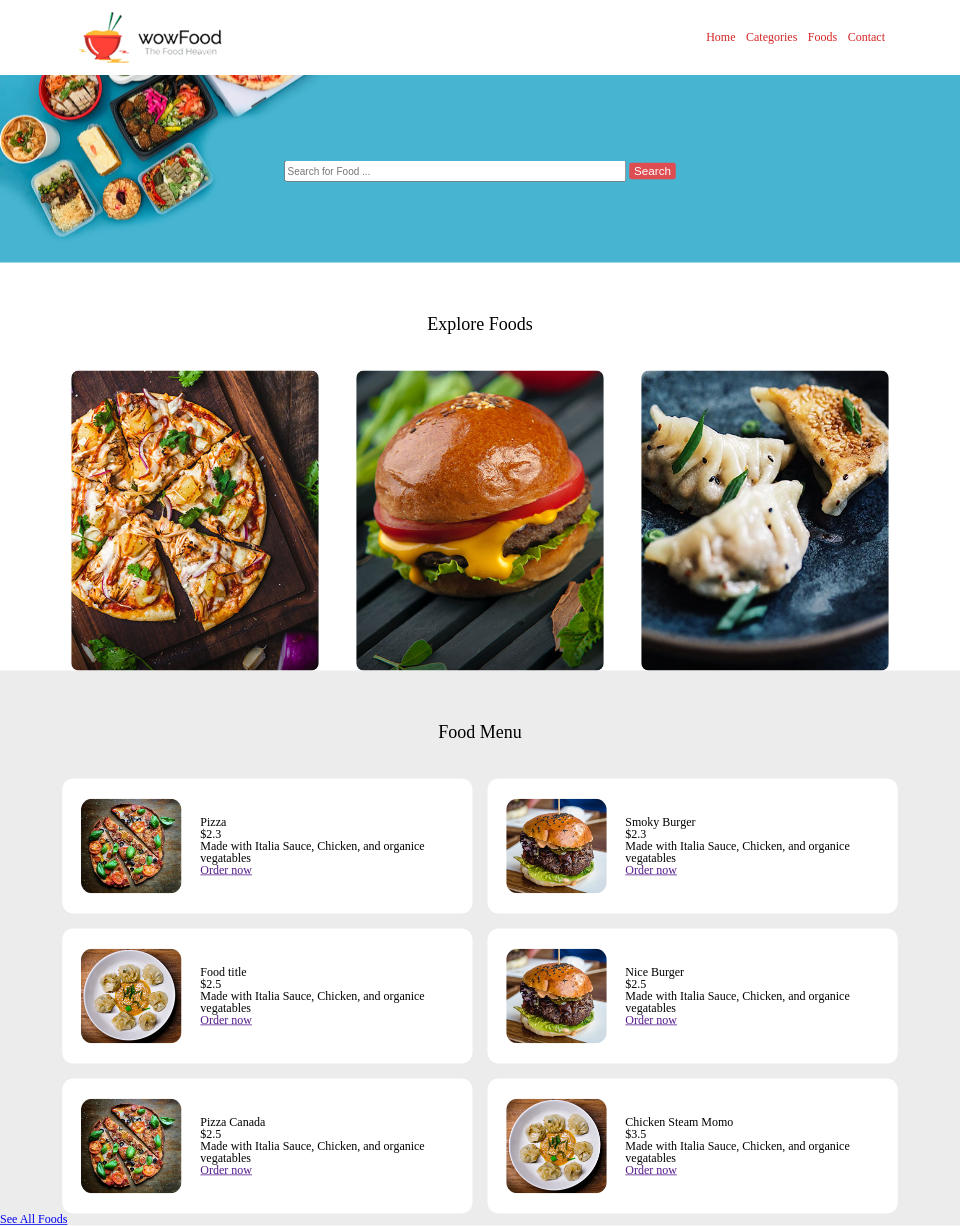
Repository: ruaruababa/WowFood
Page: index.html
The author's editor kept a copy of each file at every save. The page is drawn from the files as they stood at one save, then again after the next save.
The browser window is 1280 px wide. The pictures show the whole page, at 75% of full size.

Above is the page before, as saved 2021-09-18 00:47:25.

### index.html
<!DOCTYPE html>
<html lang="en">

<head>
    <meta charset="UTF-8" />
    <meta http-equiv="X-UA-Compatible" content="IE=edge" />
    <meta name="viewport" content="width=device-width, initial-scale=1.0" />
    <title>Document</title>
    <link rel="stylesheet" href="./style.css" />
    <link rel="stylesheet" href="./reset.css" />
</head>

<body>
    <header>
        <div class="container-header">
            <div class="header-left">
                <img src="./img/logo.png" alt="" />
            </div>
            <div class="header-right">
                <ul class="nav">
                    <li class="item"><a href="">Home</a></li>
                    <li class="item"><a href="">Categories</a></li>
                    <li class="item"><a href="">Foods</a></li>
                    <li class="item"><a href="">Contact</a></li>
                </ul>
            </div>
        </div>
    </header>
    <nav>
        <div class="container-nav">
            <div class="background-search">
                <img src="./img/bg.jpg" alt="bgr-search" />
            </div>
            <div class="form">
                <input type="text" placeholder="Search for Food ..." class="input-search" />
                <input type="button" value="Search" class="btn-search" />
            </div>
        </div>
    </nav>
    <section>
        <div class="container-section">
            <div class="explore-food">Explore Foods</div>
            <div class="collection-food">
                <ul class="list-food">
                    <li class="item"><img src="./img/pizza.jpg" alt="" /></li>
                    <li class="item"><img src="./img/burger.jpg" alt="" /></li>
                    <li class="item"><img src="./img/momo.jpg" alt="" /></li>
                </ul>
            </div>
        </div>
    </section>
    <article>
        <div class="container-article">
            <div class="title-food-menu">Food Menu</div>
            <div class="container-menu">
                <div class="container-item">
                    <img src="./img/menu-pizza.jpg" alt="" class="bgr-item">
                    <div class="item-content">
                        <h6 class="title-item">Pizza</h6>
                        <span class="price-item">$2.3</span>
                        <p class="des-item">Made with Italia Sauce, Chicken, and organice vegatables</p>
                        <a href="" class="oder-item">Order now</a>
                    </div>
                </div>
                <div class="container-item">
                    <img src="./img/menu-burger.jpg" alt="" class="bgr-item">
                    <div class="item-content">
                        <h6 class="title-item">Smoky Burger</h6>
                        <span class="price-item">$2.3</span>
                        <p class="des-item">Made with Italia Sauce, Chicken, and organice vegatables</p>
                        <a href="" class="oder-item">Order now</a>
                    </div>
                </div>
                <div class="container-item">
                    <img src="./img/menu-momo.jpg" alt="" class="bgr-item">
                    <div class="item-content">
                        <h6 class="title-item">Food title</h6>
                        <span class="price-item">$2.5</span>
                        <p class="des-item">Made with Italia Sauce, Chicken, and organice vegatables</p>
                        <a href="" class="oder-item">Order now</a>
                    </div>
                </div>
                <div class="container-item">
                    <img src="./img/menu-burger.jpg" alt="" class="bgr-item">
                    <div class="item-content">
                        <h6 class="title-item">Nice Burger</h6>
                        <span class="price-item">$2.5</span>
                        <p class="des-item">Made with Italia Sauce, Chicken, and organice vegatables</p>
                        <a href="" class="oder-item">Order now</a>
                    </div>
                </div>
                <div class="container-item">
                    <img src="./img/menu-pizza.jpg" alt="" class="bgr-item">
                    <div class="item-content">
                        <h6 class="title-item">Pizza Canada</h6>
                        <span class="price-item">$2.5</span>
                        <p class="des-item">Made with Italia Sauce, Chicken, and organice vegatables</p>
                        <a href="" class="oder-item">Order now</a>
                    </div>
                </div>
                <div class="container-item">
                    <img src="./img/menu-momo.jpg" alt="" class="bgr-item">
                    <div class="item-content">
                        <h6 class="title-item">Chicken Steam Momo</h6>
                        <span class="price-item">$3.5</span>
                        <p class="des-item">Made with Italia Sauce, Chicken, and organice vegatables</p>
                        <a href="" class="oder-item">Order now</a>
                    </div>
                </div>
            </div>
            <div class="footer-food-menu">
                <a href="#" class="see-all-foods">See All Foods</a>
            </div>
        </div>
    </article>
</body>

</html>

### style.css
.container-header {
    display: flex;
    justify-content: space-between;
    align-items: center;
    margin-top: 15px;
}

.header-left {
    display: flex;
    margin-left: 100px;
}

.header-left img {}

.name-brand {
    margin-top: 50%;
}

.header-right {
    margin-right: 100px;
}

.nav {
    list-style: none;
}

.nav li {
    display: inline;
    padding-left: 10px;
}

.nav li a {
    text-decoration: none;
    color: rgb(211, 38, 38);
}

nav {
    position: relative;
    max-width: 100%;
    max-height: 100%;
    height: 250px;
}

.container-nav {
    text-align: center;
    margin-top: 15px;
}

.background-search {
    height: 250px;
}

.background-search img {
    height: inherit;
    width: 100%;
    object-fit: cover;
}

.form {
    width: 100%;
    position: absolute;
    top: 50%;
    left: 50%;
    transform: translate(-50%, -50%);
    height: 22px;
}

.input-search {
    width: 35%;
    height: inherit;
}

.btn-search {
    background-color: rgba(250, 59, 59, 0.849);
    border: none;
    border-radius: 3px;
    font-size: 15.5px;
    color: white;
    height: inherit;
}

section {
    position: relative;
}

.explore-food {
    padding-top: 70px;
    text-align: center;
    font-size: 24px;
}

.list-food {
    margin-top: 50px;
    display: flex;
    justify-content: center;
    column-gap: 50px;
}

.list-food li {
    width: 330px;
    height: 400px;
}

.list-food li img {
    width: 100%;
    height: 100%;
    object-fit: cover;
    border-radius: 10px;
}

article{
    background-color: #ececec;
}

.title-food-menu {
    padding-top: 70px;
    font-size: 24px;
    text-align: center;
}

.container-menu {
    padding-top: 50px;
    display: grid;
    grid-gap: 20px;
    grid-template-columns: repeat(auto-fit, minmax(550px, 1fr));
    grid-auto-rows: 180px;
    justify-items: center;
}
.container-item:nth-child(odd){
    justify-self: end;
}
.container-item:nth-child(even){
    justify-self: start;
}
.container-item{
    background-color: #ffffff;
    display: flex;
    align-items: center;
    border-radius: 15px;
}
.container-item img{
    width: 25%;
    height: 70%;
    object-fit: cover;
    border-radius: 15px;
    margin: 0 25px;
}

.item-content{
    display: inline-block;
}

Loaded but not shown: reset.css (common file)

After the next save:
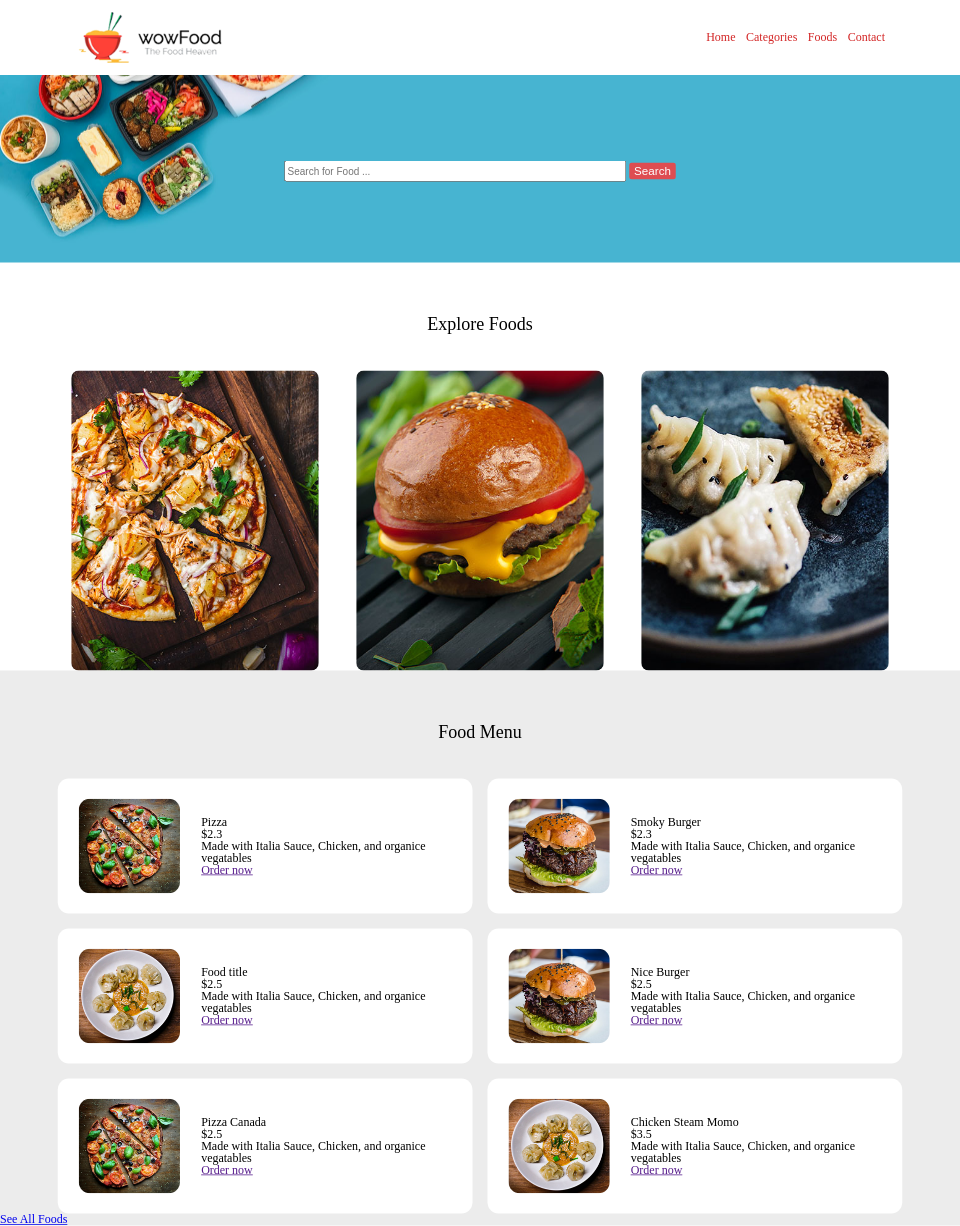
Saved 25 s later.
--- a/style.css
+++ b/style.css
@@ -143,7 +143,7 @@ article{
     height: 70%;
     object-fit: cover;
     border-radius: 15px;
-    margin: 0 25px;
+    margin: 0 28px;
 }
 
 .item-content{
